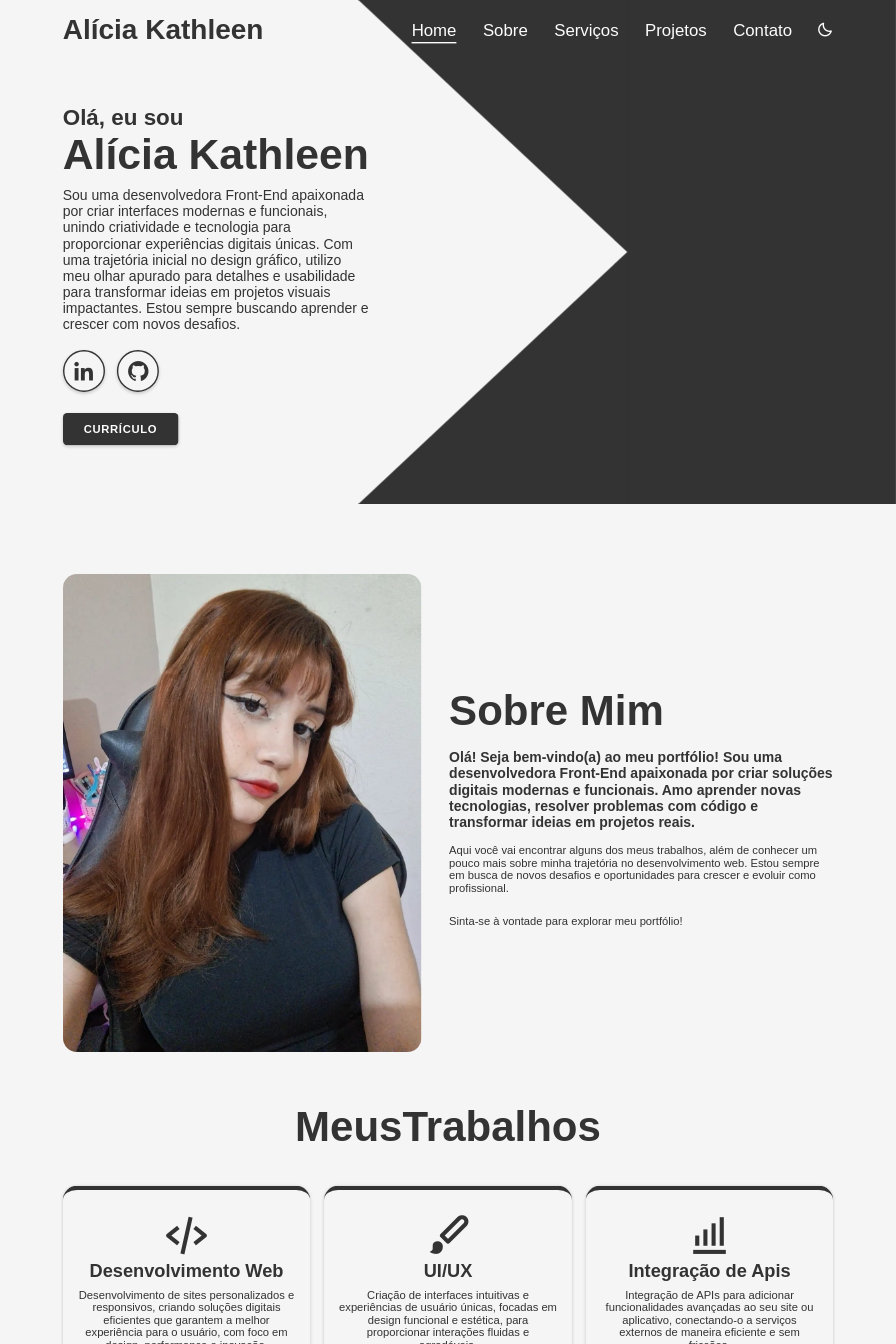
Repository: AliciaKathleen/portfolio-2025
Page: index.html
An editor plug-in stored every save of this project. The page is shown before and after the next save, followed by the edit.
The browser window is 1280 px wide. The pictures show the part of the page from y = 0 to 1920 px (the page is 3946 px tall), at 70% of full size.

Above is the page before, as saved 2025-01-27 16:50:36.
Console error: TypeError: Cannot read properties of null (reading 'classList')

After the next save:
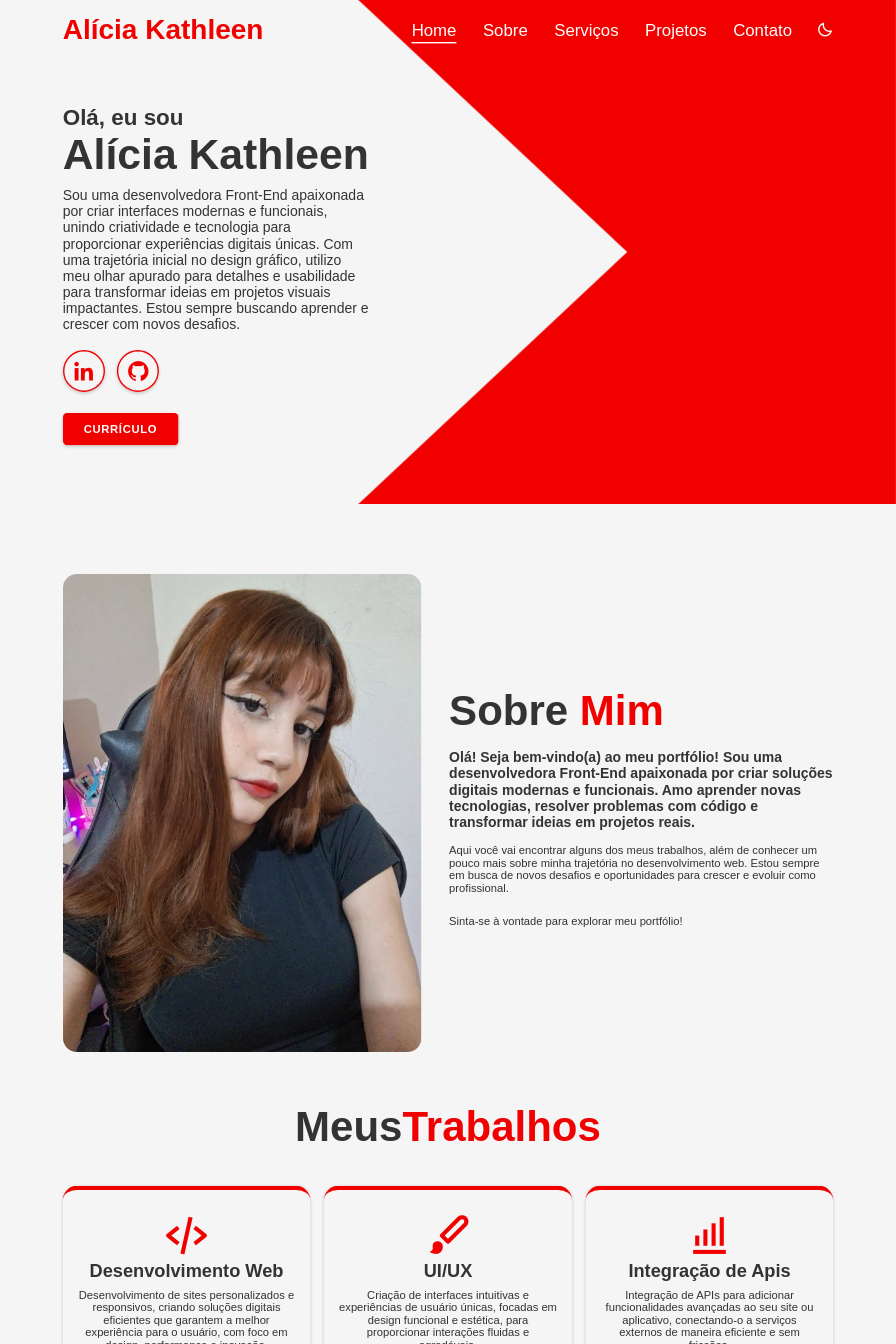
Saved 32 s later.
--- a/style.css
+++ b/style.css
@@ -12,7 +12,7 @@
 :root {
     --bg-color: #F5F5F5;
     --text-color: #333333;
-    --main-color: #333333;
+    --main-color: #f10000;
     --white-color: #fdfdfd;
     --shadow-color: rgba(0, 0, 0, .2);
 }
